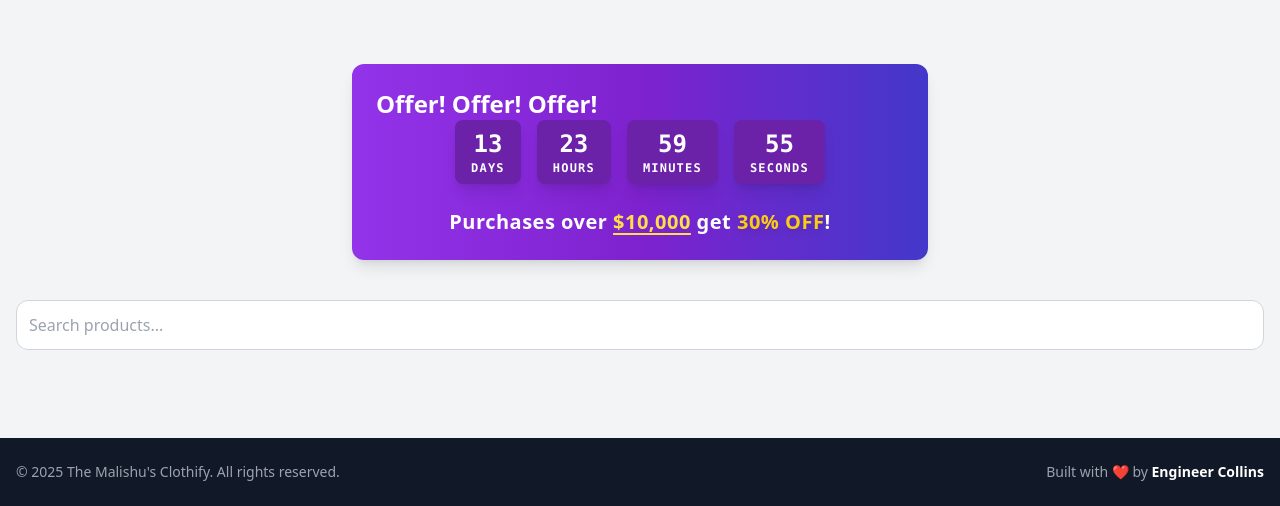
Repository: Engineer-collo/Modern-Ecommerce-Application
Page: /
The author's editor kept a copy of each file at every save. The page is drawn from the files as they stood at one save, then again after the next save.
The browser window is 1280 px wide. The pictures show the part of the page from y = 376 to 882 px (the page is 882 px tall).
The page's requests for data from a server got no answer. The project was rebuilt for these pictures with package versions that can differ from the ones it lists, and the page was loaded fresh each time. No one was signed in, and anything a server would have sent is missing. Also part of the build but not shown: vite.config.js, src/components/SignupForm.jsx, src/components/LoginForm.jsx, src/components/ProductCard.jsx, src/components/Contact.jsx, src/components/About.jsx, src/components/Cart.jsx, src/components/ProductDetailsView.jsx.

Above is the page before, as saved 2025-05-26 10:49:53.

### index.html
<!DOCTYPE html>
<html lang="en">
<head>
  <meta charset="UTF-8">
  <meta name="viewport" content="width=device-width, initial-scale=1.0">
  <title>Ecommerce</title>
</head>
<body class="bg-gray-100">
  <div id="root"></div>
  <script type="module" src="/src/main.jsx"></script>
</body>
</html>

### src/main.jsx
import React from 'react'
import ReactDOM from 'react-dom/client'
import './index.css'
import App from './App'

ReactDOM.createRoot(document.getElementById('root')).render(
  <React.StrictMode>
    <App />
  </React.StrictMode>,
)

### src/App.jsx
import { BrowserRouter as Router, Routes, Route } from 'react-router-dom';
import { useEffect, useState } from 'react';
import Footer from './components/Footer';
import Navbar from './components/Navbar';
import SignupForm from './components/SignupForm';
import LoginForm from './components/LoginForm';
import ProductFeed from './components/ProductFeed';
import Contact from './components/Contact';
import About from './components/About';
import Cart from './components/Cart';
import ProductDetailsView from './components/ProductDetailsView';

import {
  showSuccessToast,
  ToastContainerWrapper,
} from './components/Toast';

function App() {
  const [cart, setCart] = useState([]);
  const [cartLoaded, setCartLoaded] = useState(false);

  // Load cart from localStorage
  useEffect(() => {
    const storedCart = localStorage.getItem("cart");
    if (storedCart) {
      try {
        setCart(JSON.parse(storedCart));
      } catch (error) {
        console.error("Failed to parse cart from localStorage:", error);
      }
    }
    setCartLoaded(true);
  }, []);

  // Save cart to localStorage when updated
  useEffect(() => {
    if (cartLoaded) {
      localStorage.setItem("cart", JSON.stringify(cart));
    }
  }, [cart, cartLoaded]);

  const addToCart = (product) => {
    setCart(prevCart => {
      const existing = prevCart.find(item => item.id === product.id);
      if (existing) {
        return prevCart.map(item =>
          item.id === product.id
            ? { ...item, quantity: item.quantity + 1 }
            : item
        );
      } else {
        return [...prevCart, { ...product, quantity: 1 }];
      }
    });
    showSuccessToast("Added to cart!");
  };

  const removeFromCart = (product) => {
    setCart(prevCart =>
      prevCart
        .map(item =>
          item.id === product.id
            ? { ...item, quantity: item.quantity - 1 }
            : item
        )
        .filter(item => item.quantity > 0)
    );
    showSuccessToast("Removed from cart!");
  };

  return (
    <Router>
      <Navbar cart={cart} />
      <Routes>
        <Route
          path="/"
          element={
            <ProductFeed
              showSuccessToast={showSuccessToast}
              cart={cart}
            />
          }
        />
        <Route
          path="/cart"
          element={
            <Cart
              cart={cart}
              removeFromCart={removeFromCart}
            />
          }
        />
        <Route path="/product/:id" element={<ProductDetailsView
         addToCart={addToCart}
        />} />
        <Route path="/login" element={<LoginForm />} />
        <Route path="/signup" element={<SignupForm />} />
        <Route path="/about" element={<About />} />
        <Route path="/contact" element={<Contact showSuccessToast={showSuccessToast} />} />
      </Routes>
      <ToastContainerWrapper />
      <Footer />
    </Router>
  );
}

export default App;

### src/components/Footer.jsx
const Footer = () => {
    return(
        <>
        <footer className="bg-gray-900 text-white py-6 mt-12">
  <div className="max-w-7xl mx-auto px-4 flex flex-col md:flex-row justify-between items-center space-y-4 md:space-y-0">
    <p className="text-sm text-gray-400">
      &copy; {new Date().getFullYear()} The Malishu's Clothify.  All rights reserved.
    </p>
    <p className="text-sm text-gray-400">
      Built with ❤️ by <span className="text-white font-semibold">Engineer Collins</span>
    </p>


  </div>
</footer>

        </>
    )
}

export default Footer

### src/components/Navbar.jsx
import React, { useState } from "react";
import { Link } from "react-router-dom";

const Navbar = ({ cart = [] }) => {
  const [isOpen, setIsOpen] = useState(false);

  const toggleMenu = () => setIsOpen(!isOpen);

  return (
    <header className="mt-2 bg-white shadow-md">
      <div className="max-w-7xl mx-auto px-10 py-10 flex flex-col md:flex-row md:justify-between md:items-center">
        <div className="flex justify-between items-center">
          <h1 className="text-2xl font-bold text-gray-800">
            <Link
              to="/"
              className="hover:text-blue-500 text-gray-700 transition"
            >
              <span className="text-purple-600">Malishu's Clothify</span>
            </Link>
          </h1>

          <div className="md:hidden">
            <button
              onClick={toggleMenu}
              className="text-gray-700 focus:outline-none"
            >
              <svg
                className="h-6 w-6"
                fill="none"
                stroke="currentColor"
                strokeWidth="2"
                viewBox="0 0 24 24"
              >
                <path
                  strokeLinecap="round"
                  strokeLinejoin="round"
                  d={
                    isOpen
                      ? "M6 18L18 6M6 6l12 12"
                      : "M4 6h16M4 12h16M4 18h16"
                  }
                />
              </svg>
            </button>
          </div>
        </div>

        {/* Removed search input here */}

        {/* Desktop nav */}
        <nav className="space-x-6 hidden md:flex">
          <Link
            to="/"
            className="text-xl hover:text-blue-500 font-bold text-gray-700 transition"
          >
            Home
          </Link>
          <Link
            to="/about"
            className="text-xl hover:text-blue-500 font-bold text-gray-700 transition"
          >
            About
          </Link>
          <Link
            to="/contact"
            className="text-xl hover:text-blue-500 font-bold text-gray-700 transition"
          >
            Contact
          </Link>
          <Link to="/cart" className="relative text-2xl font-bold hover:text-white transition">
  🛒
  <span className="absolute -top-2 -right-3 bg-red-500 text-white text-xs font-bold px-2 py-0.5 rounded-full">
    {cart.length}
  </span>
</Link>
          <Link
            to="/login"
            className="rounded p-1 bg-purple-500 font-bold text-white transition"
          >
            Login
          </Link>
        </nav>
      </div>

{/* Mobile nav */}
{isOpen && (
  <nav className="md:hidden bg-purple-600 text-white px-4 py-6 shadow-lg">
    <div className="flex flex-col items-center space-y-6">
      <Link
        to="/"
        className="text-2xl font-bold hover:text-white hover:underline transition"
      >
        Home
      </Link>
      <Link
        to="/about"
        className="text-2xl font-bold hover:text-white hover:underline transition"
      >
        About
      </Link>
      <Link
        to="/contact"
        className="text-2xl font-bold hover:text-white hover:underline transition"
      >
        Contact
      </Link>
      <Link to="/cart" className="relative text-2xl font-bold hover:text-white transition">
  🛒
  <span className="absolute -top-2 -right-3 bg-red-500 text-white text-xs font-bold px-2 py-0.5 rounded-full">
    {cart.length}
  </span>
</Link>
      <Link
        to="/login"
        className="text-center text-2xl font-bold bg-white text-purple-600 px-6 py-3 rounded-lg shadow-md hover:bg-purple-100 transition"
      >
        Login
      </Link>
    </div>
  </nav>
)}

    </header>
  );
};

export default Navbar;

### src/components/ProductFeed.jsx
import React, { useEffect, useState } from "react";
import ProductCard from "./ProductCard";
import OfferCountdown from "./OfferCountdown";
import VideoSlider from './VideoSlider';


const ProductFeed = ({ addToCart }) => {
  const [products, setProducts] = useState([]);
  const [searchTerm, setSearchTerm] = useState("");

  const url1 = 'https://www.w3schools.com/html/mov_bbb.mp4'

  const url2 = 'https://www.w3schools.com/html/mov_bbb.mp4'

  const url3 = 'https://www.w3schools.com/html/mov_bbb.mp4'

  const url4 = 'https://www.w3schools.com/html/mov_bbb.mp4'

  const videos = [url1, url2, url3, url4]

  useEffect(() => {
    fetch("https://fakestoreapi.com/products")
      .then((res) => res.json())
      .then((data) => setProducts(data))
      .catch((err) => console.error("Failed to fetch products:", err));
  }, []);

  const filteredProducts = products.filter((product) =>
    product.title.toLowerCase().includes(searchTerm.toLowerCase())
  );

  return (
    <>
    <VideoSlider videos={videos}/>
      <div className="mt-12 p-4 max-w-7xl mx-auto">
        {/* Modern styled offer card */}
        <div className="mb-10 p-6 rounded-xl shadow-lg bg-gradient-to-r from-purple-600 via-purple-700 to-indigo-700 text-white max-w-xl mx-auto">
          <h1 className="text-2xl font-bold"> Offer! Offer! Offer!</h1>
          <OfferCountdown />
          <p className="mt-6 text-center text-lg sm:text-xl font-semibold tracking-wide">
            Purchases over{" "}
            <span className="text-yellow-300 underline decoration-yellow-300 underline-offset-4">
              $10,000
            </span>{" "}
            get{" "}
            <span className="text-yellow-400 font-extrabold drop-shadow-md">
              30% OFF
            </span>
            !
          </p>
        </div>

        {/* Search input */}
        <input
          type="text"
          placeholder="Search products..."
          value={searchTerm}
          onChange={(e) => setSearchTerm(e.target.value)}
          className="mb-6 p-3 w-full border border-gray-300 rounded-xl focus:outline-none focus:ring-4 focus:ring-purple-500 focus:border-transparent transition"
        />

        {/* Products grid */}
        <div className="grid grid-cols-2 md:grid-cols-3 lg:grid-cols-4 gap-6">
          {filteredProducts.map((product) => (
            <ProductCard
              key={product.id}
              product={product}
              addToCart={addToCart}
            />
          ))}
        </div>
      </div>
    </>
  );
};

export default ProductFeed;

### src/components/Toast.jsx
// src/components/Toast.js
import { toast, ToastContainer } from 'react-toastify';
import 'react-toastify/dist/ReactToastify.css';

// Toast functions
export const showSuccessToast = (message) =>
  toast.success(message, {
    className: 'bg-green-100 text-green-800 border border-green-300 rounded p-4',
    bodyClassName: 'text-sm',
    progressClassName: 'bg-green-500',
  });

export const showErrorToast = (message) =>
  toast.error(message, {
    className: 'bg-red-100 text-red-800 border border-red-300 rounded p-4',
    bodyClassName: 'text-sm',
    progressClassName: 'bg-red-500',
  });

export const showInfoToast = (message) =>
  toast.info(message, {
    className: 'bg-blue-100 text-blue-800 border border-blue-300 rounded p-4',
    bodyClassName: 'text-sm',
    progressClassName: 'bg-blue-500',
  });

export const showWarningToast = (message) =>
  toast.warn(message, {
    className: 'bg-yellow-100 text-yellow-800 border border-yellow-300 rounded p-4',
    bodyClassName: 'text-sm',
    progressClassName: 'bg-yellow-500',
  });

// Toast container
export const ToastContainerWrapper = () => (
  <ToastContainer position="top-center" autoClose={2000} />
);

### src/components/OfferCountdown.jsx
import React, { useEffect, useState } from "react";

const OfferCountdown = () => {
  const [timeLeft, setTimeLeft] = useState({
    days: "00",
    hours: "00",
    minutes: "00",
    seconds: "00",
  });

  useEffect(() => {
    // Set target time 14 days from now
    const targetTime = new Date();
    targetTime.setDate(targetTime.getDate() + 14);

    const updateCountdown = () => {
      const now = new Date();
      const diff = targetTime - now;

      if (diff <= 0) {
        setTimeLeft({ days: "00", hours: "00", minutes: "00", seconds: "00" });
        return;
      }

      const days = Math.floor(diff / (1000 * 60 * 60 * 24));
      const hours = Math.floor((diff / (1000 * 60 * 60)) % 24);
      const minutes = Math.floor((diff / (1000 * 60)) % 60);
      const seconds = Math.floor((diff / 1000) % 60);

      setTimeLeft({
        days: days.toString().padStart(2, "0"),
        hours: hours.toString().padStart(2, "0"),
        minutes: minutes.toString().padStart(2, "0"),
        seconds: seconds.toString().padStart(2, "0"),
      });
    };

    updateCountdown();
    const interval = setInterval(updateCountdown, 1000);

    return () => clearInterval(interval);
  }, []);

  return (
    <div className="flex justify-center space-x-4 text-white text-xl sm:text-2xl font-semibold font-mono select-none">
      <div className="flex flex-col items-center bg-purple-800 rounded-lg px-4 py-2 shadow-lg min-w-[60px]">
        <span>{timeLeft.days}</span>
        <span className="text-xs uppercase tracking-widest">Days</span>
      </div>
      <div className="flex flex-col items-center bg-purple-800 rounded-lg px-4 py-2 shadow-lg min-w-[60px]">
        <span>{timeLeft.hours}</span>
        <span className="text-xs uppercase tracking-widest">Hours</span>
      </div>
      <div className="flex flex-col items-center bg-purple-800 rounded-lg px-4 py-2 shadow-lg min-w-[60px]">
        <span>{timeLeft.minutes}</span>
        <span className="text-xs uppercase tracking-widest">Minutes</span>
      </div>
      <div className="flex flex-col items-center bg-purple-800 rounded-lg px-4 py-2 shadow-lg min-w-[60px]">
        <span>{timeLeft.seconds}</span>
        <span className="text-xs uppercase tracking-widest">Seconds</span>
      </div>
    </div>
  );
};

export default OfferCountdown;

### src/components/VideoSlider.jsx

import { Swiper, SwiperSlide } from 'swiper/react';
import 'swiper/css';
import 'swiper/css/autoplay';
import { Autoplay } from 'swiper/modules';


function VideoSlider({ videos }) {
  return (
    <Swiper
      modules={[Autoplay]}
      autoplay={{ delay: 6000 }}
      loop={true}
      className="w-full h-64 rounded overflow-hidden"
    >
      {videos.map((video, idx) => (
        <SwiperSlide key={idx}>
          <video src={video} autoPlay muted controls className="w-full h-full object-cover" />
        </SwiperSlide>
      ))}
    </Swiper>
  );
}

export default VideoSlider

Loaded but not shown: src/index.css (common file); tailwind.config.js (common file)

After the next save:
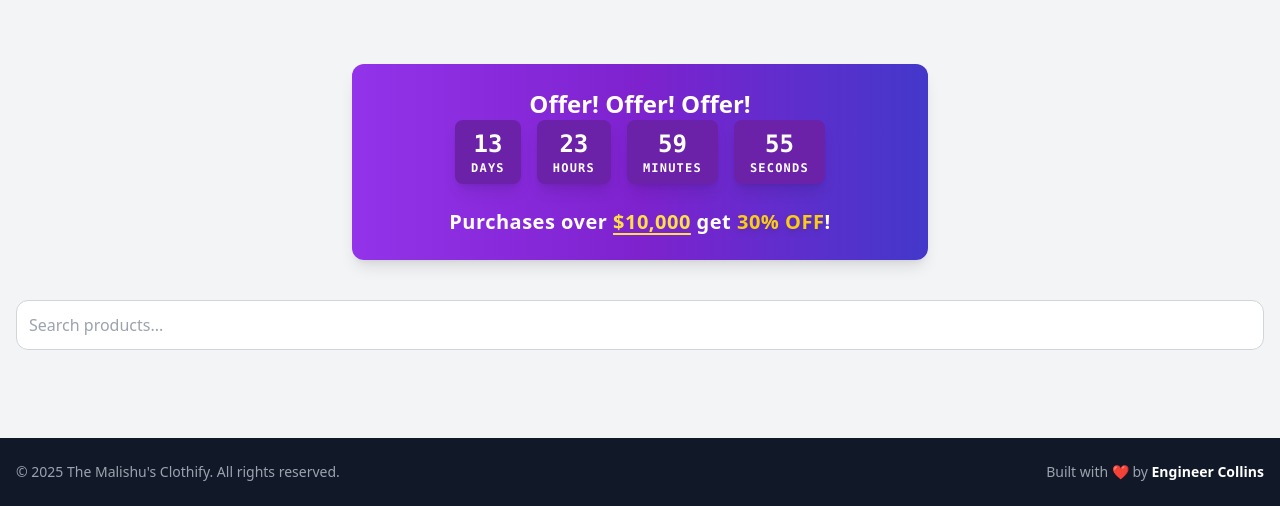
Saved 12 s later.
--- a/src/components/ProductFeed.jsx
+++ b/src/components/ProductFeed.jsx
@@ -35,7 +35,7 @@ const ProductFeed = ({ addToCart }) => {
       <div className="mt-12 p-4 max-w-7xl mx-auto">
         {/* Modern styled offer card */}
         <div className="mb-10 p-6 rounded-xl shadow-lg bg-gradient-to-r from-purple-600 via-purple-700 to-indigo-700 text-white max-w-xl mx-auto">
-          <h1 className="text-2xl font-bold"> Offer! Offer! Offer!</h1>
+          <h1 className="text-2xl font-bold text-center"> Offer! Offer! Offer!</h1>
           <OfferCountdown />
           <p className="mt-6 text-center text-lg sm:text-xl font-semibold tracking-wide">
             Purchases over{" "}
